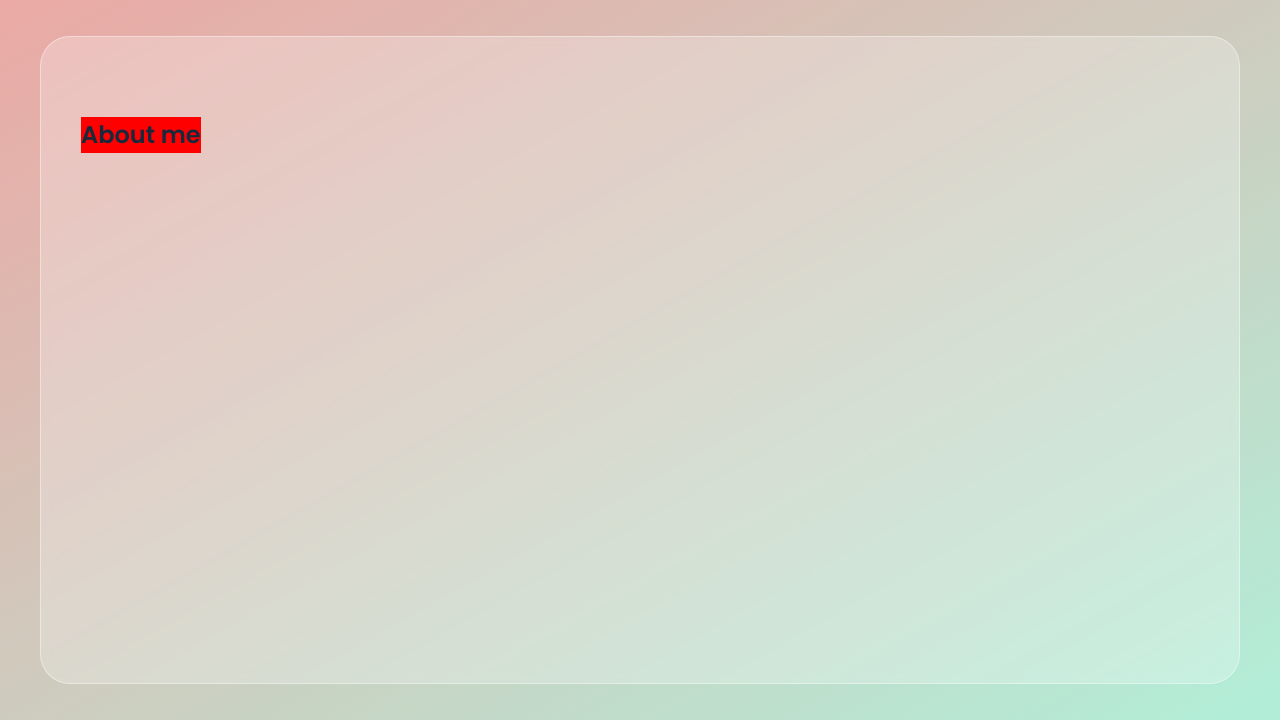
Repository: dewaary/Glassmorp-me
Page: index.html
These files come from the project's save history. The page is drawn as it stood at one moment and after the next save; the edit follows.
The browser window is 1280 px wide. The pictures show the whole page.

Above is the page before, as saved 2021-05-25 12:55:13.
Not found: js/script,js

After the next save:
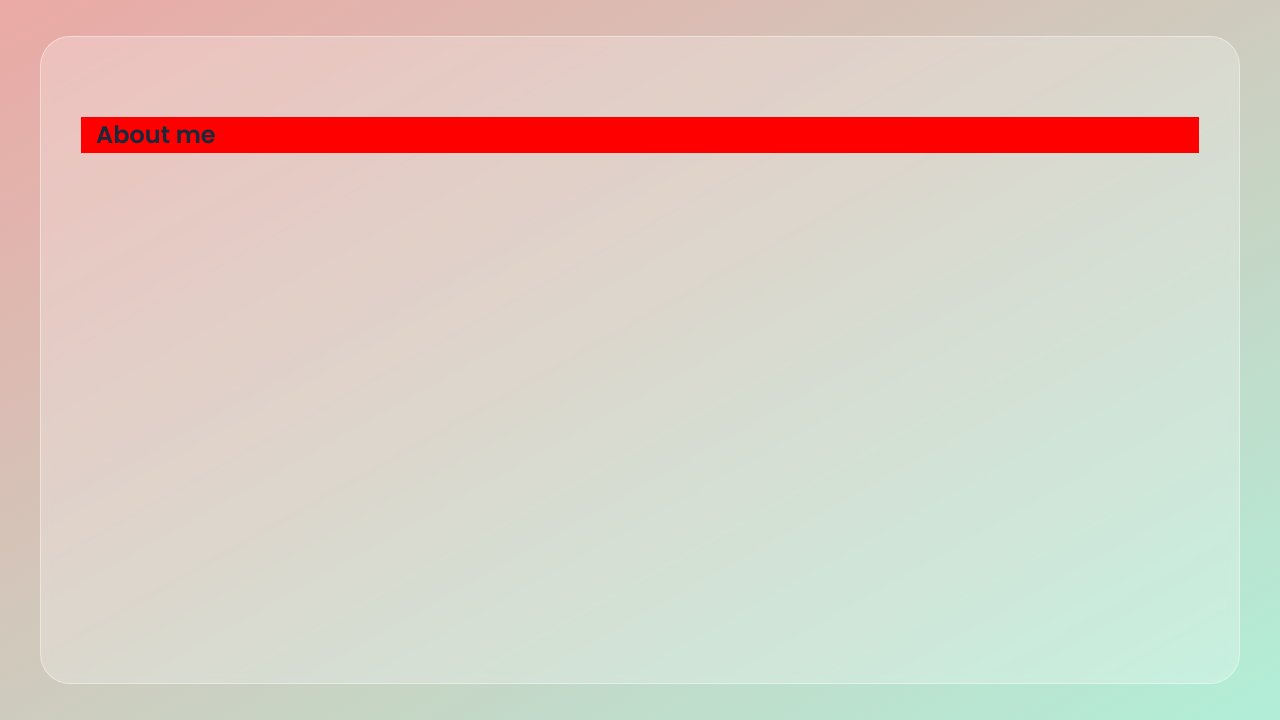
Saved 61 s later.
--- a/style.css
+++ b/style.css
@@ -117,6 +117,12 @@ section {
 /* Section Tittle */
 .section-title {
   background-color: red;
+  padding: 0 15px;
+  width: 100%;
+}
+
+.section-title  {
+
 }
 
 
